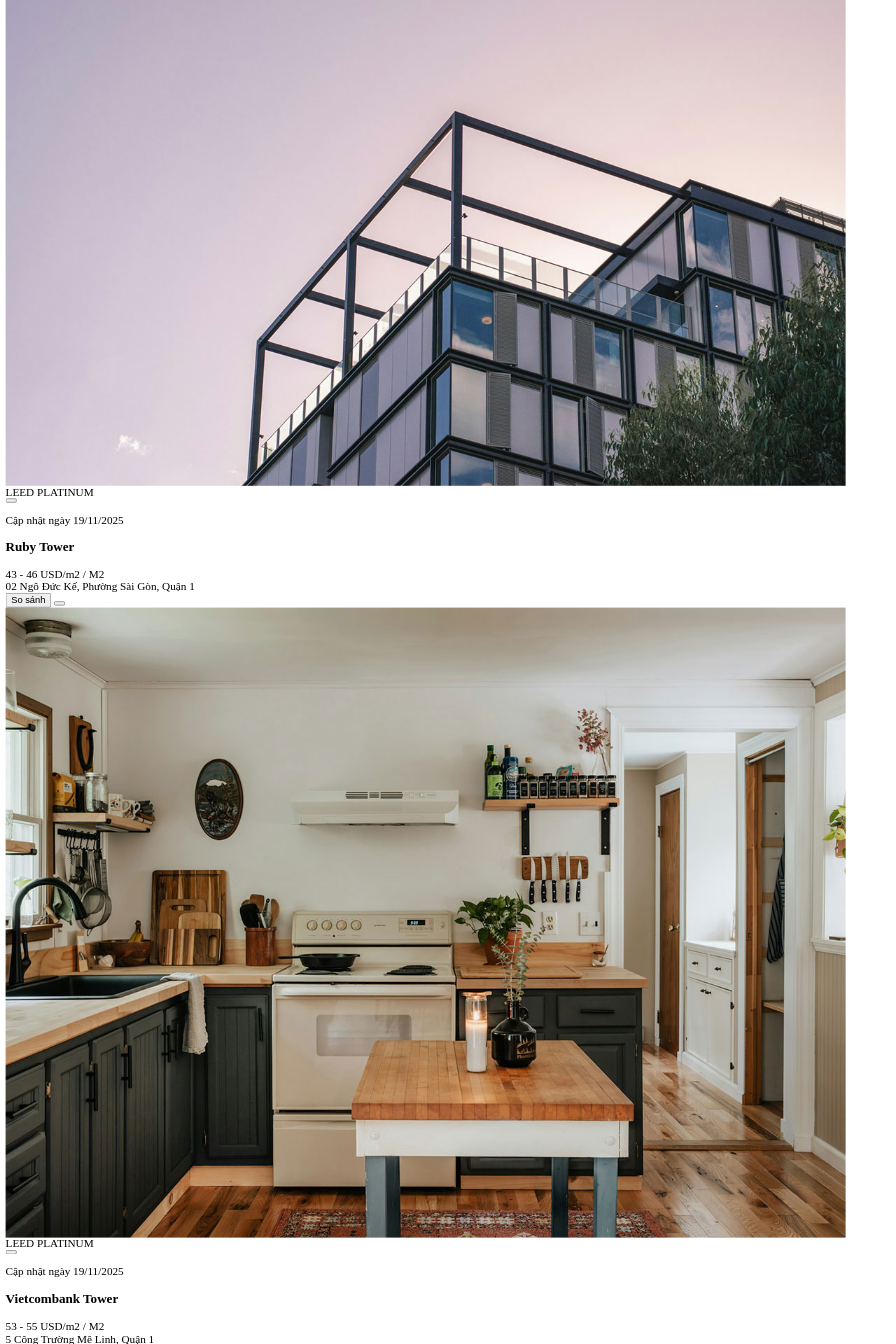
Repository: lannguyen1301/anphuholdings-main
Page: partials/office-rental/office-rental-ward-1.html
These files come from the project's save history. The page is drawn as it stood at one moment and after the next save; the edit follows.
The browser window is 1280 px wide. The pictures show the part of the page from y = 4580 to 6500 px (the page is 8679 px tall), at 70% of full size.

Above is the page before, as saved 2025-12-31 14:42:16.

### partials/office-rental/office-rental-ward-1.html
<div class="container overflow-hidden py-8 px-4 office-rental-swipe-container">
    <div class="mb-8 flex gap-5 items-center justify-between">
        <h2 data-aos="fade-right" data-aos-duration="1000" data-aos-easing="ease-in-out"
            class="text-xl md:text-2xl lg:text-3xl font-bold text-navy line-clamp-1 overflow-ellipsis">
            VĂN PHÒNG CHO THUÊ QUẬN 1
        </h2>

        <div data-aos="fade-up" data-aos-duration="1000" data-aos-easing="ease-in-out"
            class="flex gap-1 md:gap-3 min-w-[80px]">
            <button
                class="rounded-lg bg-navy px-2 py-1 md:px-5 md:py-2 text-white transition hover:bg-navy-light flex justify-center items-center">
                <span class="hidden md:block text-md lg:text-lg">Xem toàn bộ</span>
                <i class="fa fa-eye block md:hidden text-xs sm:text-md"></i>
            </button>
            <button
                class="office-rental-swiper-prev rounded-lg border border-gray-300 p-1 md:p-2 transition hover:bg-gold/10 min-w-[22px]">
                <i class="fas fa-chevron-left text-navy text-xs sm:text-md md:text-lg lg:text-xl"></i>
            </button>
            <button
                class="office-rental-swiper-next rounded-lg border border-gray-300 p-1 md:p-2 transition hover:bg-gold/10 min-w-[22px]">
                <i class="fas fa-chevron-right text-navy text-xs sm:text-md md:text-lg lg:text-xl"></i>
            </button>
        </div>
    </div>

    <!-- Swiper -->
    <div data-aos="fade-left" data-aos-duration="1000" data-aos-easing="ease-in-out" data-aos-offset="150"
        class="office-rental-swiper overflow-hidden px-2 py-3">
        <div class="swiper-wrapper">
            <!-- Card 1 -->
            <div class="swiper-slide flex-shrink-0 overflow-hidden rounded-2xl shadow-md transition hover:shadow-xl border-4"
                style="width: 292px;" data-aos="fade-right">
                <div class="relative overflow-hidden">
                    <div class="flex h-48 items-center justify-center bg-slate-200">
                        <img src="assets/images/detail/detail-1.jpg" alt=""
                            class="block w-full h-full object-cover aspect-4/3">
                    </div>
                    <div class="absolute left-3 top-2 rounded bg-gold px-2 py-1 text-xs font-semibold text-white">
                        LEED PLATINUM
                    </div>
                    <button class="absolute right-3 top-3 rounded-lg bg-white p-2 shadow transition hover:bg-gray-50">
                        <i class="far fa-heart text-gold"></i>
                    </button>
                </div>

                <div class="p-4">
                    <p class="mb-1 text-sm text-gray-500">
                        Cập nhật ngày 19/11/2025
                    </p>
                    <h3 class="mb-3 text-lg font-semibold text-navy overflow-ellipsis line-clamp-1">
                        Mê Linh Point Tower
                    </h3>

                    <div class="mb-2 flex items-center gap-2">
                        <i class="fas fa-tag text-sm text-navy"></i>
                        <span class="font-semibold text-gold">43 - 46 USD/m2</span>
                        <span class="text-gray-600">/ M2</span>
                    </div>

                    <div class="mb-4 flex items-start gap-2 text-sm text-gray-600">
                        <i class="fas fa-map-marker-alt mt-1 text-navy"></i>
                        <span class="w-full overflow-ellipsis line-clamp-1">02 Ngô Đức Kế, Phường Sài Gòn, Quận 1</span>
                    </div>

                    <div class="flex items-center justify-between">
                        <button
                            class="rounded-xl border border-navy px-4 py-2 text-sm text-navy transition hover:bg-navy hover:text-white">
                            So sánh
                        </button>
                        <button class="rounded-xl border border-gray-300 p-2 transition hover:bg-gold/10">
                            <i class="far fa-clone text-navy"></i>
                        </button>
                    </div>
                </div>
            </div>

            <!-- Card 2 -->
            <div class="swiper-slide flex-shrink-0 overflow-hidden rounded-2xl shadow-md transition hover:shadow-xl border-4"
                style="width: 292px;" data-aos="fade-right">
                <div class="relative overflow-hidden">
                    <div class="flex h-48 items-center justify-center bg-slate-200">
                        <img src="assets/images/detail/detail-2.jpg" alt=""
                            class="block w-full h-full object-cover aspect-4/3">
                    </div>
                    <div class="absolute left-3 top-3 rounded bg-gold px-2 py-1 text-xs font-semibold text-white">
                        LEED PLATINUM
                    </div>
                    <button class="absolute right-3 top-3 rounded-lg bg-white p-2 shadow transition hover:bg-gray-50">
                        <i class="far fa-heart text-gold"></i>
                    </button>
                </div>

                <div class="p-4">
                    <p class="mb-1 text-sm text-gray-500">
                        Cập nhật ngày 19/11/2025
                    </p>
                    <h3 class="mb-3 text-lg font-semibold text-navy overflow-ellipsis line-clamp-1">
                        Vietcombank Tower
                    </h3>

                    <div class="mb-2 flex items-center gap-2">
                        <i class="fas fa-tag text-sm text-navy"></i>
                        <span class="font-semibold text-gold">53 - 55 USD/m2</span>
                        <span class="text-gray-600">/ M2</span>
                    </div>

                    <div class="mb-4 flex items-start gap-2 text-sm text-gray-600">
                        <i class="fas fa-map-marker-alt mt-1 text-navy"></i>
                        <span class="w-full overflow-ellipsis line-clamp-1">5 Công Trường Mê Linh, Quận 1</span>
                    </div>

                    <div class="flex items-center justify-between">
                        <button
                            class="rounded-xl border border-navy px-4 py-2 text-sm text-navy transition hover:bg-navy hover:text-white">
                            So sánh
                        </button>
                        <button class="rounded-xl border border-gray-300 p-2 transition hover:bg-gold/10">
                            <i class="far fa-clone text-navy"></i>
                        </button>
                    </div>
                </div>
            </div>

            <!-- Card 3 -->
            <div class="swiper-slide flex-shrink-0 overflow-hidden rounded-2xl shadow-md transition hover:shadow-xl border-4"
                style="width: 292px;" data-aos="fade-right">
                <div class="relative overflow-hidden">
                    <div class="flex h-48 items-center justify-center bg-slate-200">
                        <img src="assets/images/detail/detail-3.jpg" alt=""
                            class="block w-full h-full object-cover aspect-4/3">
                    </div>
                    <div class="absolute left-3 top-3 rounded bg-gold px-2 py-1 text-xs font-semibold text-white">
                        LEED PLATINUM
                    </div>
                    <button class="absolute right-3 top-3 rounded-lg bg-white p-2 shadow transition hover:bg-gray-50">
                        <i class="far fa-heart text-gold"></i>
                    </button>
                </div>

                <div class="p-4">
                    <p class="mb-1 text-sm text-gray-500">
                        Cập nhật ngày 21/11/2025
                    </p>
                    <h3 class="mb-3 text-lg font-semibold text-navy overflow-ellipsis line-clamp-1">
                        Sonatus Building
                    </h3>

                    <div class="mb-2 flex items-center gap-2">
                        <i class="fas fa-tag text-sm text-navy"></i>
                        <span class="font-semibold text-gold">43 - 45 USD/m2</span>
                        <span class="text-gray-600">/ M2</span>
                    </div>

                    <div class="mb-4 flex items-start gap-2 text-sm text-gray-600">
                        <i class="fas fa-map-marker-alt mt-1 text-navy"></i>
                        <span class="w-full overflow-ellipsis line-clamp-1">15 Lê Thánh Tôn, Quận 1</span>
                    </div>

                    <div class="flex items-center justify-between">
                        <button
                            class="rounded-xl border border-navy px-4 py-2 text-sm text-navy transition hover:bg-navy hover:text-white">
                            So sánh
                        </button>
                        <button class="rounded-xl border border-gray-300 p-2 transition hover:bg-gold/10">
                            <i class="far fa-clone text-navy"></i>
                        </button>
                    </div>
                </div>
            </div>

            <!-- Card 4 -->
            <div class="swiper-slide flex-shrink-0 overflow-hidden rounded-2xl shadow-md transition hover:shadow-xl border-4"
                style="width: 292px;" data-aos="fade-right">
                <div class="relative overflow-hidden">
                    <div class="flex h-48 items-center justify-center bg-slate-200">
                        <img src="assets/images/detail/detail-4.jpg" alt=""
                            class="block w-full h-full object-cover aspect-4/3">
                    </div>
                    <div class="absolute left-3 top-3 rounded bg-gold px-2 py-1 text-xs font-semibold text-white">
                        LEED PLATINUM
                    </div>
                    <button class="absolute right-3 top-3 rounded-lg bg-white p-2 shadow transition hover:bg-gray-50">
                        <i class="far fa-heart text-gold"></i>
                    </button>
                </div>

                <div class="p-4">
                    <p class="mb-1 text-sm text-gray-500">
                        Cập nhật ngày 20/11/2025
                    </p>
                    <h3 class="mb-3 text-lg font-semibold text-navy overflow-ellipsis line-clamp-1">
                        VOV Building
                    </h3>

                    <div class="mb-2 flex items-center gap-2">
                        <i class="fas fa-tag text-sm text-navy"></i>
                        <span class="font-semibold text-gold">21 - 25 USD/m2</span>
                        <span class="text-gray-600">/ M2</span>
                    </div>

                    <div class="mb-4 flex items-start gap-2 text-sm text-gray-600">
                        <i class="fas fa-map-marker-alt mt-1 text-navy"></i>
                        <span class="w-full overflow-ellipsis line-clamp-1">7 Nguyễn Thị Minh Khai, Quận 1</span>
                    </div>

                    <div class="flex items-center justify-between">
                        <button
                            class="rounded-xl border border-navy px-4 py-2 text-sm text-navy transition hover:bg-navy hover:text-white">
                            So sánh
                        </button>
                        <button class="rounded-xl border border-gray-300 p-2 transition hover:bg-gold/10">
                            <i class="far fa-clone text-navy"></i>
                        </button>
                    </div>
                </div>
            </div>
            <!-- Card 5 -->
            <div class="swiper-slide flex-shrink-0 overflow-hidden rounded-2xl shadow-md transition hover:shadow-xl border-4"
                style="width: 292px;" data-aos="fade-right">
                <div class="relative overflow-hidden">
                    <div class="flex h-48 items-center justify-center bg-slate-200">
                        <img src="assets/images/detail/detail-5.jpg" alt=""
                            class="block w-full h-full object-cover aspect-4/3">
                        <!-- <i class="fas fa-image text-5xl text-gray-400"></i> -->
                    </div>
                    <div class="absolute left-3 top-2 rounded bg-gold px-2 py-1 text-xs font-semibold text-white">
                        LEED PLATINUM
                    </div>
                    <button class="absolute right-3 top-3 rounded-lg bg-white p-2 shadow transition hover:bg-gray-50">
                        <i class="far fa-heart text-gold"></i>
                    </button>
                </div>

                <div class="p-4">
                    <p class="mb-1 text-sm text-gray-500">
                        Cập nhật ngày 19/11/2025
                    </p>
                    <h3 class="mb-3 text-lg font-semibold text-navy overflow-ellipsis line-clamp-1">
                        Ruby Tower
                    </h3>

                    <div class="mb-2 flex items-center gap-2">
                        <i class="fas fa-tag text-sm text-navy"></i>
                        <span class="font-semibold text-gold">43 - 46 USD/m2</span>
                        <span class="text-gray-600">/ M2</span>
                    </div>

                    <div class="mb-4 flex items-start gap-2 text-sm text-gray-600">
                        <i class="fas fa-map-marker-alt mt-1 text-navy"></i>
                        <span class="w-full overflow-ellipsis line-clamp-1">02 Ngô Đức Kế, Phường Sài Gòn, Quận 1</span>
                    </div>

                    <div class="flex items-center justify-between">
                        <button
                            class="rounded-xl border border-navy px-4 py-2 text-sm text-navy transition hover:bg-navy hover:text-white">
                            So sánh
                        </button>
                        <button class="rounded-xl border border-gray-300 p-2 transition hover:bg-gold/10">
                            <i class="far fa-clone text-navy"></i>
                        </button>
                    </div>
                </div>
            </div>

            <!-- Card 6 -->
            <div class="swiper-slide flex-shrink-0 overflow-hidden rounded-2xl shadow-md transition hover:shadow-xl border-4"
                style="width: 292px;" data-aos="fade-right">
                <div class="relative overflow-hidden">
                    <div class="flex h-48 items-center justify-center bg-slate-200">
                        <img src="assets/images/detail/detail-7.jpg" alt=""
                            class="block w-full h-full object-cover aspect-4/3">
                    </div>
                    <div class="absolute left-3 top-3 rounded bg-gold px-2 py-1 text-xs font-semibold text-white">
                        LEED PLATINUM
                    </div>
                    <button class="absolute right-3 top-3 rounded-lg bg-white p-2 shadow transition hover:bg-gray-50">
                        <i class="far fa-heart text-gold"></i>
                    </button>
                </div>

                <div class="p-4">
                    <p class="mb-1 text-sm text-gray-500">
                        Cập nhật ngày 19/11/2025
                    </p>
                    <h3 class="mb-3 text-lg font-semibold text-navy overflow-ellipsis line-clamp-1">
                        Vietcombank Tower
                    </h3>

                    <div class="mb-2 flex items-center gap-2">
                        <i class="fas fa-tag text-sm text-navy"></i>
                        <span class="font-semibold text-gold">53 - 55 USD/m2</span>
                        <span class="text-gray-600">/ M2</span>
                    </div>

                    <div class="mb-4 flex items-start gap-2 text-sm text-gray-600">
                        <i class="fas fa-map-marker-alt mt-1 text-navy"></i>
                        <span class="w-full overflow-ellipsis line-clamp-1">5 Công Trường Mê Linh, Quận 1</span>
                    </div>

                    <div class="flex items-center justify-between">
                        <button
                            class="rounded-xl border border-navy px-4 py-2 text-sm text-navy transition hover:bg-navy hover:text-white">
                            So sánh
                        </button>
                        <button class="rounded-xl border border-gray-300 p-2 transition hover:bg-gold/10">
                            <i class="far fa-clone text-navy"></i>
                        </button>
                    </div>
                </div>
            </div>

            <!-- Card 7 -->
            <div class="swiper-slide flex-shrink-0 overflow-hidden rounded-2xl shadow-md transition hover:shadow-xl border-4"
                style="width: 292px;" data-aos="fade-right">
                <div class="relative overflow-hidden">
                    <div class="flex h-48 items-center justify-center bg-slate-200">
                        <img src="assets/images/detail/detail-7.jpg" alt=""
                            class="block w-full h-full object-cover aspect-4/3">
                    </div>
                    <div class="absolute left-3 top-3 rounded bg-gold px-2 py-1 text-xs font-semibold text-white">
                        LEED PLATINUM
                    </div>
                    <button class="absolute right-3 top-3 rounded-lg bg-white p-2 shadow transition hover:bg-gray-50">
                        <i class="far fa-heart text-gold"></i>
                    </button>
                </div>

                <div class="p-4">
                    <p class="mb-1 text-sm text-gray-500">
                        Cập nhật ngày 21/11/2025
                    </p>
                    <h3 class="mb-3 text-lg font-semibold text-navy overflow-ellipsis line-clamp-1">
                        Sonatus Building
                    </h3>

                    <div class="mb-2 flex items-center gap-2">
                        <i class="fas fa-tag text-sm text-navy"></i>
                        <span class="font-semibold text-gold">43 - 45 USD/m2</span>
                        <span class="text-gray-600">/ M2</span>
                    </div>

                    <div class="mb-4 flex items-start gap-2 text-sm text-gray-600">
                        <i class="fas fa-map-marker-alt mt-1 text-navy"></i>
                        <span class="w-full overflow-ellipsis line-clamp-1">15 Lê Thánh Tôn, Quận 1</span>
                    </div>

                    <div class="flex items-center justify-between">
                        <button
                            class="rounded-xl border border-navy px-4 py-2 text-sm text-navy transition hover:bg-navy hover:text-white">
                            So sánh
                        </button>
                        <button class="rounded-xl border border-gray-300 p-2 transition hover:bg-gold/10">
                            <i class="far fa-clone text-navy"></i>
                        </button>
                    </div>
                </div>
            </div>

            <!-- Card 8 -->
            <div class="swiper-slide flex-shrink-0 overflow-hidden rounded-2xl shadow-md transition hover:shadow-xl border-4"
                style="width: 292px;" data-aos="fade-right">
                <div class="relative overflow-hidden">
                    <div class="flex h-48 items-center justify-center bg-slate-200">
                        <img src="assets/images/detail/detail-8.jpg" alt=""
                            class="block w-full h-full object-cover aspect-4/3">
                    </div>
                    <div class="absolute left-3 top-3 rounded bg-gold px-2 py-1 text-xs font-semibold text-white">
                        LEED PLATINUM
                    </div>
                    <button class="absolute right-3 top-3 rounded-lg bg-white p-2 shadow transition hover:bg-gray-50">
                        <i class="far fa-heart text-gold"></i>
                    </button>
                </div>

                <div class="p-4">
                    <p class="mb-1 text-sm text-gray-500">
                        Cập nhật ngày 20/11/2025
                    </p>
                    <h3 class="mb-3 text-lg font-semibold text-navy overflow-ellipsis line-clamp-1">
                        VOV Building
                    </h3>

                    <div class="mb-2 flex items-center gap-2">
                        <i class="fas fa-tag text-sm text-navy"></i>
                        <span class="font-semibold text-gold">21 - 25 USD/m2</span>
                        <span class="text-gray-600">/ M2</span>
                    </div>

                    <div class="mb-4 flex items-start gap-2 text-sm text-gray-600">
                        <i class="fas fa-map-marker-alt mt-1 text-navy"></i>
                        <span class="w-full overflow-ellipsis line-clamp-1">7 Nguyễn Thị Minh Khai, Quận 1</span>
                    </div>

                    <div class="flex items-center justify-between">
                        <button
                            class="rounded-xl border border-navy px-4 py-2 text-sm text-navy transition hover:bg-navy hover:text-white">
                            So sánh
                        </button>
                        <button class="rounded-xl border border-gray-300 p-2 transition hover:bg-gold/10">
                            <i class="far fa-clone text-navy"></i>
                        </button>
                    </div>
                </div>
            </div>
        </div>
    </div>
</div>

After the next save:
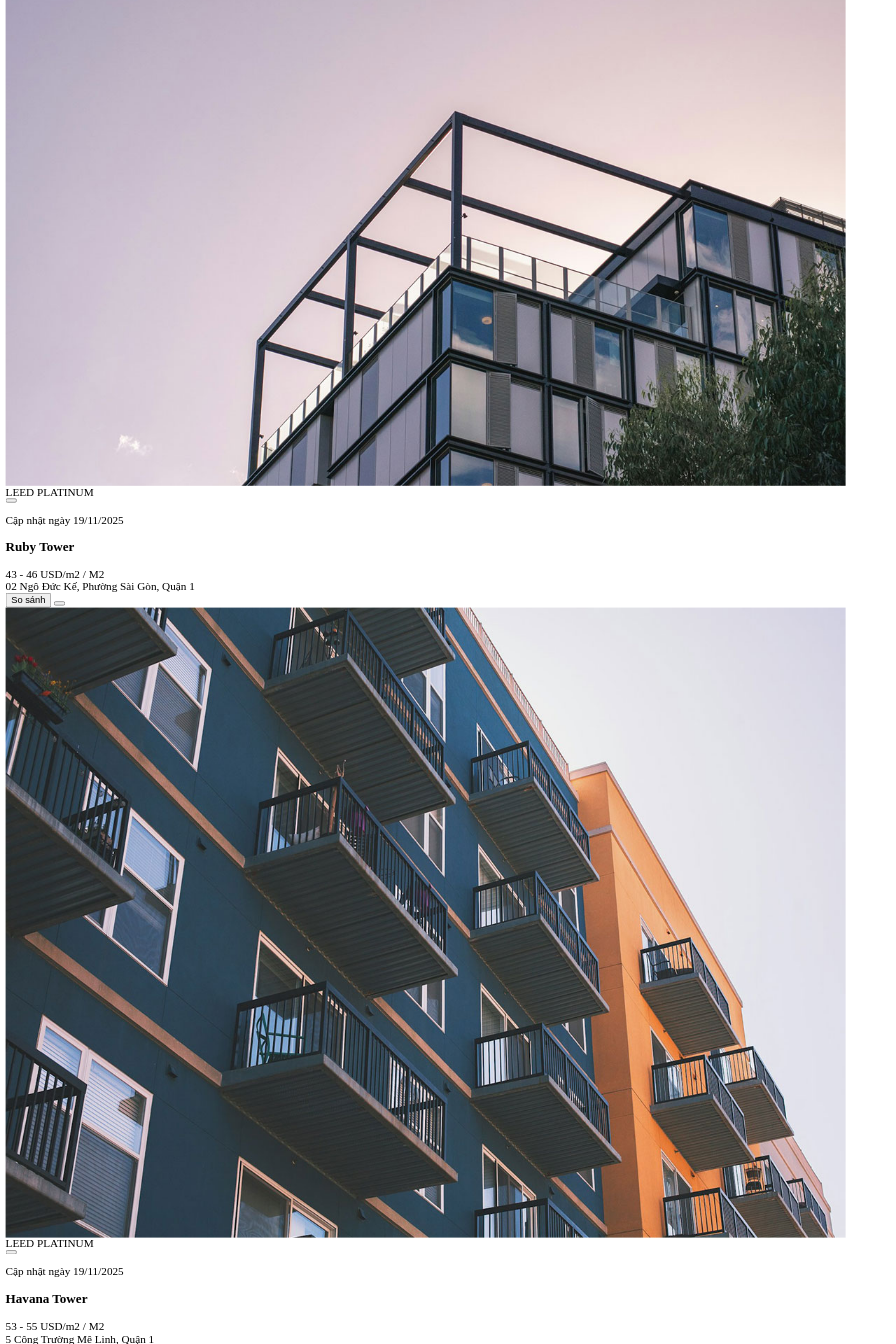
Saved 22 s later.
--- a/partials/office-rental/office-rental-ward-1.html
+++ b/partials/office-rental/office-rental-ward-1.html
@@ -267,7 +267,7 @@
                 style="width: 292px;" data-aos="fade-right">
                 <div class="relative overflow-hidden">
                     <div class="flex h-48 items-center justify-center bg-slate-200">
-                        <img src="assets/images/detail/detail-7.jpg" alt=""
+                        <img src="assets/images/detail/detail-6.jpg" alt=""
                             class="block w-full h-full object-cover aspect-4/3">
                     </div>
                     <div class="absolute left-3 top-3 rounded bg-gold px-2 py-1 text-xs font-semibold text-white">
@@ -283,7 +283,7 @@
                         Cập nhật ngày 19/11/2025
                     </p>
                     <h3 class="mb-3 text-lg font-semibold text-navy overflow-ellipsis line-clamp-1">
-                        Vietcombank Tower
+                        Havana Tower
                     </h3>
 
                     <div class="mb-2 flex items-center gap-2">
